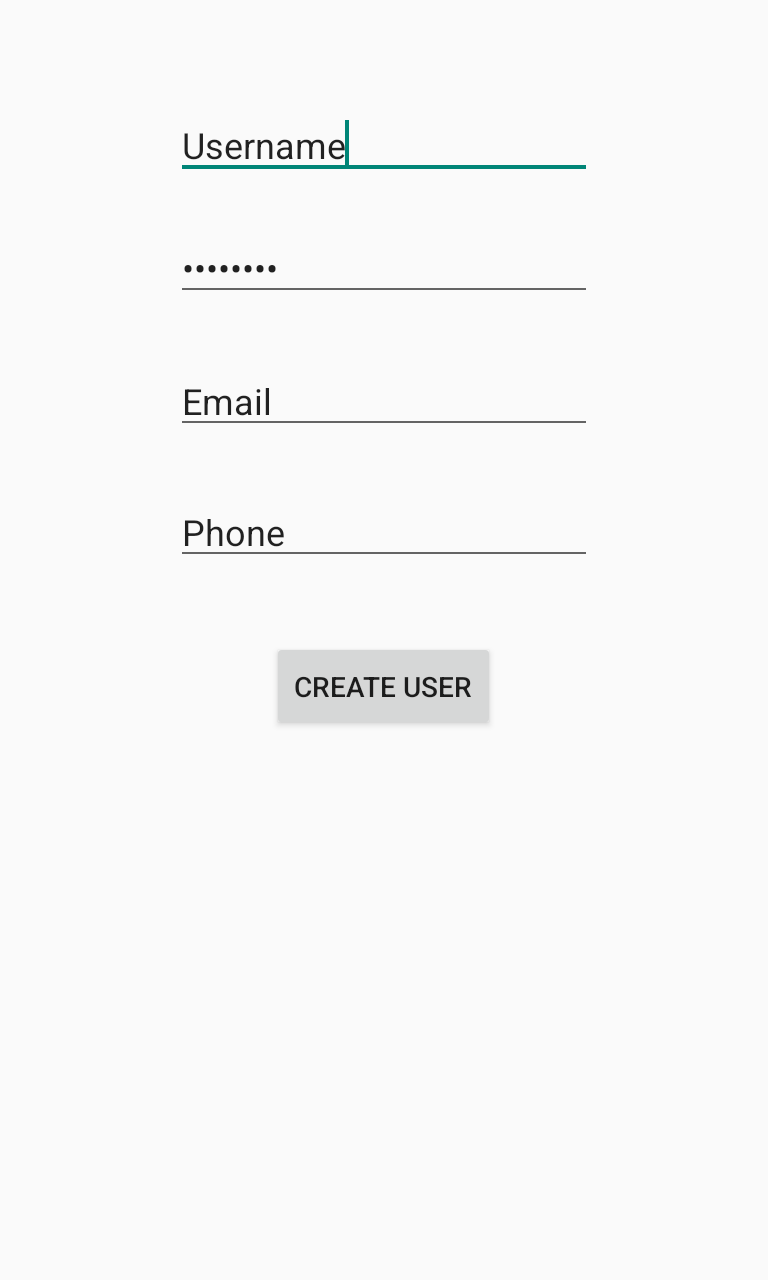
Repository: Sagarsaurus/Ecco
Layout: Ecco/res/layout/activity_create_user.xml
The author's editor kept a copy of each file at every save. The layout is drawn from the files as they stood at one save, then again after the next save.
It is drawn on a 768 x 1280 px phone screen (xhdpi) without system bars, with theme AppTheme; the app's code is not run.

Above is the layout before, as saved 2014-11-15 21:22:25.

After the next save:
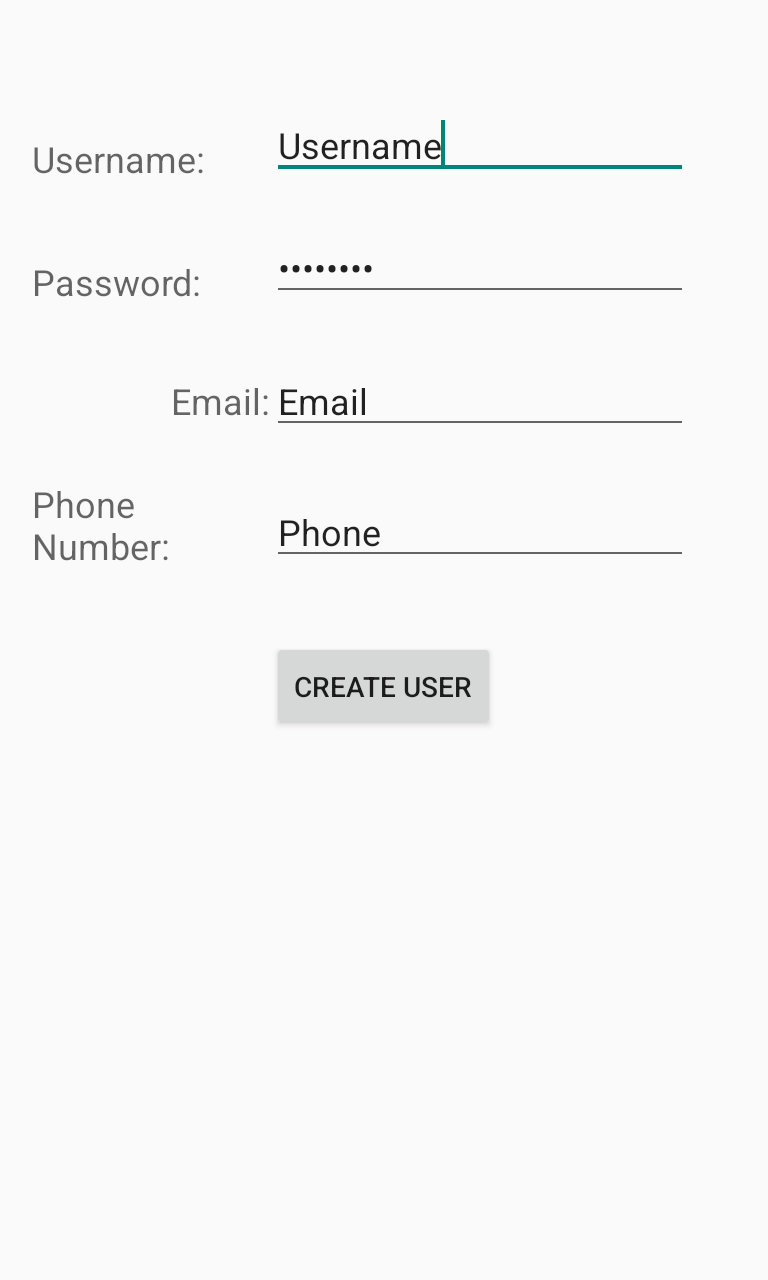
Saved 2 min 42 s later.
--- a/Ecco/res/layout/activity_create_user.xml
+++ b/Ecco/res/layout/activity_create_user.xml
@@ -12,8 +12,8 @@
         android:id="@+id/editText1"
         android:layout_width="wrap_content"
         android:layout_height="wrap_content"
+        android:layout_alignLeft="@+id/button1"
         android:layout_alignParentTop="true"
-        android:layout_centerHorizontal="true"
         android:layout_marginTop="34dp"
         android:ems="10"
         android:hint="@string/Username"
@@ -26,8 +26,8 @@
         android:id="@+id/editText2"
         android:layout_width="wrap_content"
         android:layout_height="wrap_content"
+        android:layout_alignLeft="@+id/editText1"
         android:layout_below="@+id/editText1"
-        android:layout_centerHorizontal="true"
         android:layout_marginTop="20dp"
         android:ems="10"
         android:inputType="textPassword"
@@ -64,4 +64,41 @@
         android:layout_marginTop="34dp"
         android:text="@string/createUser" />
 
+    <TextView
+        android:id="@+id/textView1"
+        android:layout_width="wrap_content"
+        android:layout_height="wrap_content"
+        android:layout_above="@+id/editText2"
+        android:layout_alignParentLeft="true"
+        android:text="Username:"
+        android:textAppearance="?android:attr/textAppearanceMedium" />
+
+    <TextView
+        android:id="@+id/TextView01"
+        android:layout_width="wrap_content"
+        android:layout_height="wrap_content"
+        android:layout_alignBottom="@+id/editText2"
+        android:layout_alignLeft="@+id/textView1"
+        android:text="Password:"
+        android:textAppearance="?android:attr/textAppearanceMedium" />
+
+    <TextView
+        android:id="@+id/TextView03"
+        android:layout_width="wrap_content"
+        android:layout_height="wrap_content"
+        android:layout_alignBottom="@+id/EditText01"
+        android:layout_toLeftOf="@+id/EditText01"
+        android:text="Phone Number:"
+        android:textAppearance="?android:attr/textAppearanceMedium" />
+
+    <TextView
+        android:id="@+id/TextView02"
+        android:layout_width="wrap_content"
+        android:layout_height="wrap_content"
+        android:layout_alignBaseline="@+id/editText3"
+        android:layout_alignBottom="@+id/editText3"
+        android:layout_alignRight="@+id/TextView03"
+        android:text="Email:"
+        android:textAppearance="?android:attr/textAppearanceMedium" />
+
 </RelativeLayout>
